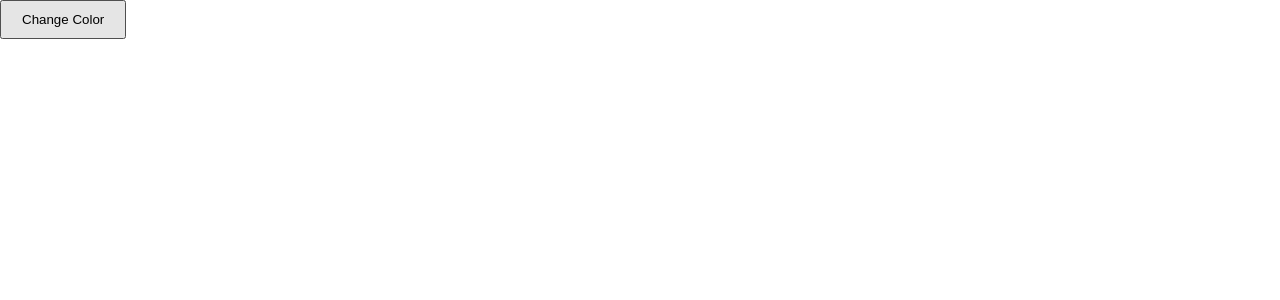
Repository: minhvtQA/randomBackgroundColor
Page: index.html
The author's editor kept a copy of each file at every save. The page is drawn from the files as they stood at one save, then again after the next save.
The browser window is 1280 px wide. The pictures show the whole page.

Above is the page before, as saved 2021-11-07 16:52:37.

### index.html
<!DOCTYPE html>
<html lang="en">
<head>
    <meta charset="UTF-8">
    <meta http-equiv="X-UA-Compatible" content="IE=edge">
    <meta name="viewport" content="width=device-width, initial-scale=1.0">
    <title>Document</title>

    <link rel="stylesheet" href="reset.css">
    <link rel="stylesheet" href="styles.css">
    <link href="https://fonts.googleapis.com/css2?family=Poppins:wght@100;300;700&display=swap" rel="stylesheet">
    <link rel="stylesheet" href="https://cdnjs.cloudflare.com/ajax/libs/font-awesome/6.0.0-beta2/css/all.min.css" integrity="sha512-YWzhKL2whUzgiheMoBFwW8CKV4qpHQAEuvilg9FAn5VJUDwKZZxkJNuGM4XkWuk94WCrrwslk8yWNGmY1EduTA==" crossorigin="anonymous" referrerpolicy="no-referrer" />
</head>
<body>
    <button>Change Color</button>
    <script src=""></script>
</body>
</html>

### styles.css
html {
  margin: 0;
  padding: 0;
  font-size: 62.5%;
}
button {
  padding: 1rem 2rem;
}

Loaded but not shown: reset.css (common file)

After the next save:
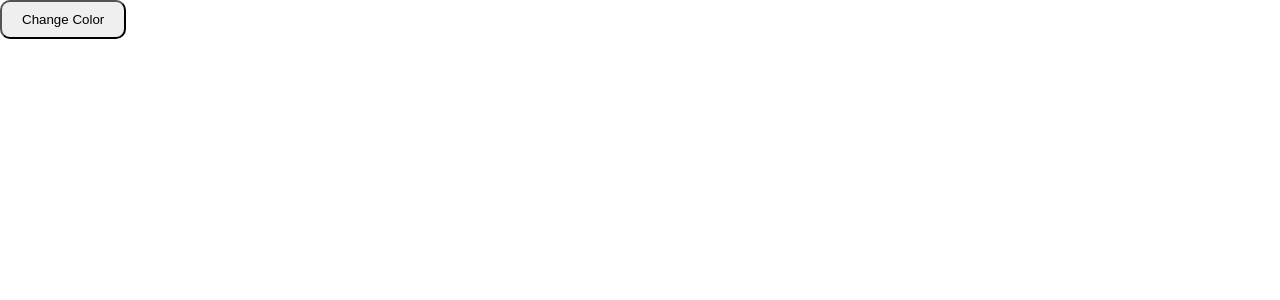
Saved 22 s later.
--- a/styles.css
+++ b/styles.css
@@ -5,4 +5,5 @@ html {
 }
 button {
   padding: 1rem 2rem;
+  border-radius: 1rem;
 }
